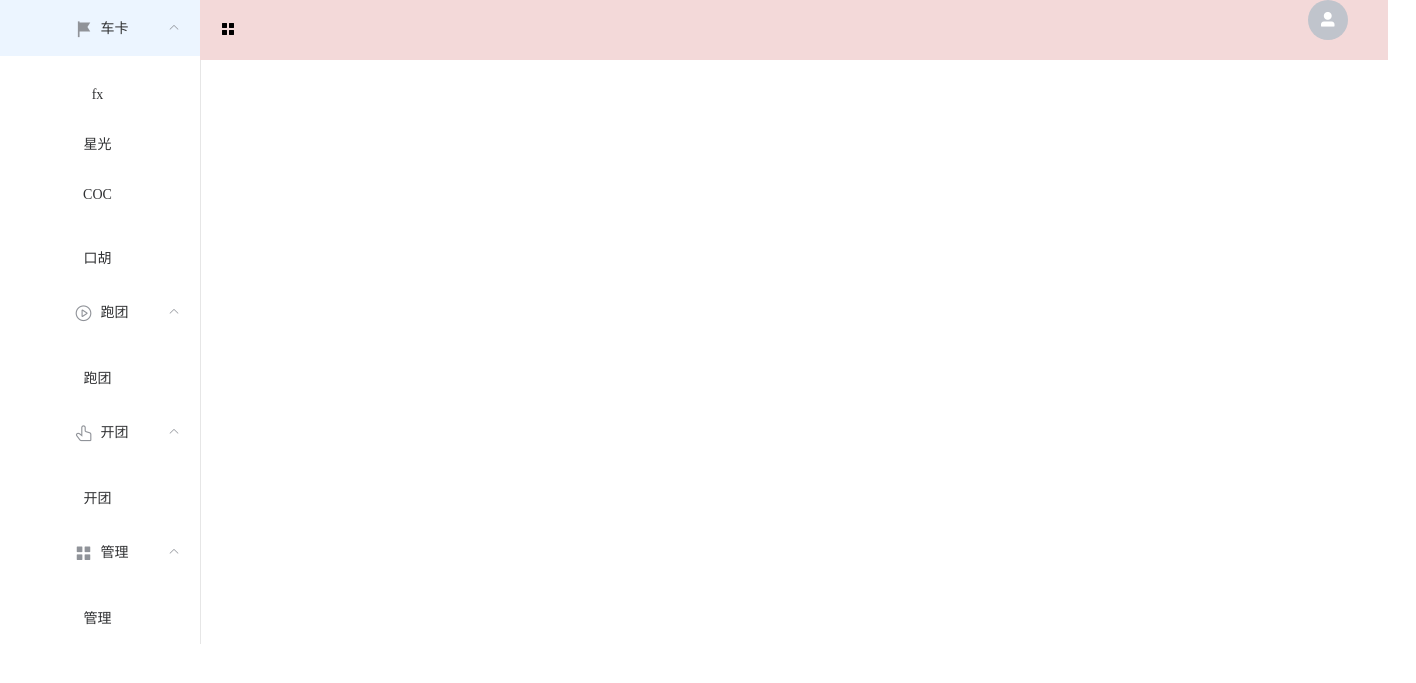
Repository: redlout/ptgkd
Page: /
An editor plug-in stored every save of this project. The page is shown before and after the next save, followed by the edit.
The browser window is 1280 px wide. The page is 1388 px wide, then 1416 px, so the pictures cover 1416 px, including what lies to the right of the window. The pictures show the whole page.
The project was rebuilt for these pictures with package versions that can differ from the ones it lists, and the page was loaded fresh each time. Also part of the build but not shown: src/mock/mock.js, src/views/Login.vue, src/components/SvgIcon/index.vue.

Above is the page before, as saved 2019-09-02 21:33:40.

### index.html
<!DOCTYPE html>
<html>
  <head>
    <meta charset="utf-8">
    <meta name="viewport" content="width=device-width,initial-scale=1.0">
    <title>ptgkd</title>
  </head>
  <body>
    <div id="app"></div>
    <!-- built files will be auto injected -->
  </body>
</html>

<style>
body{
  margin:0;
  padding:0;
}
</style>

### src/main.js
// import '@/styles/index.scss'
// import 'normalize.css/normalize.css'
import Vue from 'vue'
import App from './App'
import router from './router'

import ElementUI from 'element-ui'
import 'element-ui/lib/theme-chalk/index.css'
import api from './http/index'
import './icons'
import store from './store'

Vue.config.productionTip = false
Vue.use(ElementUI);
Vue.use(api);

// Vue.use(api)
/* eslint-disable no-new */
new Vue({
  el: '#app',
  router,
  store,
  render: h => h(App)
})

### src/router/index.js
import Vue from 'vue'
import Router from 'vue-router'
import HelloWorld from '@/views/HelloWorld'
import Login from '@/views/Login'

Vue.use(Router)

const router = new Router({
  routes: [
    {
      path: '/',
      name: 'HelloWorld',
      component: HelloWorld
    },
    {
      path: '/login',
      name: 'Login',
      component: Login
    }
  ]
})

export default router

### src/http/index.js
// 导入所有接口
import apis from './api'

const install = Vue => {
    if (install.installed)
        return;

    install.installed = true;

    Object.defineProperties(Vue.prototype, {
        // 注意，此处挂载在 Vue 原型的 $api 对象上
        $api: {
            get() {
                return apis
            }
        }
    })
}

export default install

### src/icons/index.js
import Vue from 'vue'
import SvgIcon from '@/components/SvgIcon'// svg component

// register globally
Vue.component('svg-icon', SvgIcon)

const req = require.context('./svg', false, /\.svg$/)
const requireAll = requireContext => requireContext.keys().map(requireContext)
requireAll(req)

### src/store/index.js
import Vue from 'vue'
import vuex from 'vuex'

Vue.use(vuex);
import collapse from './modules/collapse.js'
const store = new vuex.Store({
    modules: {
        collapseState: collapse,
        // menu: mymenu
        // 其他
    }
})

export default store

### src/views/HelloWorld.vue
<template>
<div class="container" >
  <el-container style="height: 100%;" direction="vertical">
    <AsideBar></AsideBar>
    <el-container>
      <HeadBar></HeadBar>
      <el-main></el-main>
    </el-container>
  </el-container>
</div>
</template>

<script>
import AsideBar from "../components/AsideBar/index";
import HeadBar from "../components/HeadBar/index";
export default {
  name: "HelloWorld",
  data() {
    return {
      isCollapse: false
    };
  },
  components: {
    AsideBar,
    HeadBar
  },
  methods: {
    logout: function() {
      var _this = this;
      this.$confirm("确认退出吗?", "提示", {
        type: "warning"
      }).then(() => {
        // sessionStorage.removeItem("user");
        this.$router.push("/login");
      });
    }
  }
};
</script>

<style scoped>
  .container {
    position:absolute;
    top: 0px;
    left: 0px;
    right: 0px;
    background: #4b5f6e;
  }
</style>

### src/http/api.js
import axios from './axios'

const login = data =>{
    return axios({
        url: '/login',
        method: 'post',
        data
    })
}

const logout = () =>{
    return axios({

    })
}

export default{
    login,
    logout
}

### src/store/modules/collapse.js
export default {
    state: {
        collapse:false  // 导航栏收缩状态
    },
    getters: {
        collapse(state){// 对应着上面state
            return collapse;
        }
    },
    mutations: {
        collapse(state){  // 改变收缩状态
            state.collapse = !state.collapse;
        }
    },
    actions: {

    }
}

### src/components/AsideBar/index.vue
<template>
  <el-aside width="initial" style="background-color: rgb(238, 241, 246) ">
    <el-menu
      :default-openeds="['1','2','3','4']"
      class="el-menu-vertical-demo"
      :collapse="$store.state.collapseState.collapse"
      @open="handleopen"
      @close="handleclose"
      @select="handleselect"
    >
      <el-submenu index="1">
        <template slot="title">
          <i class="el-icon-s-flag"></i>
          <span slot="title">车卡</span>
        </template>
        <el-menu-item-group>
          <el-menu-item index="1-1">fx</el-menu-item>
          <el-menu-item index="1-2">星光</el-menu-item>
          <el-menu-item index="1-3">COC</el-menu-item>
        </el-menu-item-group>
        <el-menu-item-group>
          <el-menu-item index="1-1">口胡</el-menu-item>
        </el-menu-item-group>
      </el-submenu>
      <el-submenu index="2">
        <template slot="title">
          <i class="el-icon-video-play"></i>
          <span slot="title">跑团</span>
        </template>
        <el-menu-item-group>
          <el-menu-item index="2-1">跑团</el-menu-item>
        </el-menu-item-group>
      </el-submenu>
      <el-submenu index="3">
        <template slot="title">
          <i class="el-icon-thumb"></i>
          <span slot="title">开团</span>
        </template>
        <el-menu-item-group>
          <el-menu-item index="3-1">开团</el-menu-item>
        </el-menu-item-group>
      </el-submenu>
      <el-submenu index="4">
        <template slot="title">
          <i class="el-icon-menu"></i>
          <span slot="title">管理</span>
        </template>
        <el-menu-item-group>
          <el-menu-item index="3-1">管理</el-menu-item>
        </el-menu-item-group>
      </el-submenu>
    </el-menu>
  </el-aside>
</template>


<script>
export default {
  name: "AsideBar",
  data() {
    return {
      isCollapse: false,
      logo: ""
    };
  },
  methods: {
    handleopen() {
      console.log("handleopen");
    },
    handleclose() {
      console.log("handleclose");
    },
    handleselect(a, b) {
      console.log("handleselect");
    }
  }
};
</script>

<style>
.el-aside {
  background-color: #d3dce6;
  color: #333;
  text-align: center;
  line-height: 10px;
  position: absolute;
}
  .el-menu-vertical-demo:not(.el-menu--collapse) {
    width: 200px;
    min-height: 400px;
  }

    .menu-bar-width {
    width: 200px;
  }
  .menu-bar-collapse-width {
    width: 65px;
  }
</style>

### src/components/HeadBar/index.vue
<template>
  <el-header :class="$store.state.collapseState.collapse?'menu-bar-collapse-width':'menu-bar-width'">
    <span @click="Oncollapse">
      <i class="el-icon-menu"></i>
    </span>

    <el-dropdown class="user-info-dropdown" trigger="hover">
      <el-avatar icon="el-icon-user-solid"></el-avatar>
      <el-dropdown-menu slot="dropdown">
        <el-dropdown-item>个人信息</el-dropdown-item>
        <el-dropdown-item>管理</el-dropdown-item>
        <el-dropdown-item divided @click="logout">登出</el-dropdown-item>
      </el-dropdown-menu>
    </el-dropdown>
  </el-header>
  <!-- <el-main></el-main> -->
</template>

<script>
export default {
  data(){
    return{
      isCollapse:false,
    };
  },
  methods:{
    Oncollapse: function(){
      this.$store.commit('collapse');
    }
  }
}
</script>

<style>
.el-header {
  position: absolute;
  background-color: rgb(243, 217, 217);
  left: 200px;
  right: 0px;
  height: 60px;
  line-height: 60px;
  width: 92.8%;
}
  .collapse-switcher {
    width: 40px;
    float: left;
    cursor: pointer;
    border-color: rgba(111, 123, 131, 0.8);
    border-left-width: 1px;
    border-left-style: solid;
    border-right-width: 1px;
    border-right-style: solid;
    color: white;
    background: #504e6180;
  }
    .menu-bar-width{
    left: 200px;
  }
    .menu-bar-collapse-width{
    left: 65px;
  }

      .user-info-dropdown {
      font-size: 20px;
      padding-right: 20px;
      color: #fff;
      cursor: pointer;
      float: right;
    }
</style>

### src/http/axios.js
import axios from 'axios';
import qs from 'qs';
import Cookies from "js-cookie";
import router from "@/router"

export default function $axios(options){
    return new Promise((resolve, reject) => {
      console.log(options)
        const instance = axios.create({
            baseURL: 'http://localhost:8080/',
            headers: {'Content-Type': 'application/json;charset=UTF-8'},
            timeout: '10000',
            transformResponse: [function (data){
            }]
        })
        // request 拦截器
        instance.interceptors.request.use(function(config){
                let token = Cookies.get('token')
                console.log(config)
                if(1){
                    config.headers.accessToken = 111
                }else{
                    //重定向到登陆页面
                    router.push('/login')
                }
                if(config.method === 'post'){
                    if(config.data.__proto__ === FormData.prototype
                        || config.url.endsWith('path')
                        || config.url.endsWith('mark')
                        || config.url.endsWith('patchs')
                        ){
                        }else{
                          config.data = qs.stringify(config.data)
                          console.log(config.data)
                        }
                    }
                    return config
                },
                function (error) {
                // 请求超时
                console.log('request:', error)
                if(error.code === 'ECONNABORTED' && error.message.indexOf('timeout') !== -1){
                    console.log('timeout 请求超时')
                }
                // 重定向到错误页面
                const errorInfo = error.response
                console.log(errorInfo)
                if(errorInfo){
                    error = errorInfo.data
                    const errorStatus = errorInfo.statue; // 404 403 500 ...
                    router.push({
                        path:  `/error/${errorStatus}`
                    })
                }
                return Promise.reject(error)
            }
        )
        console.log(11111111111111)
        instance.interceptors.response.use(function(response){
                let data;
                if(response.data == undefined){
                  data = JSON.parse(response.request.responseText)
                }else{
                    data = response.data
                }

                //根据返回的code 来进行不同的处理
                switch(data.rc){
                    case 1:
                        console.log(data.desc)
                        break;
                    case 0:
                        store.commit('changeState')
                    default:

                }
                return data
            },
            function(err){
              console.log(999999)
                if (err && err.response) {
                    switch (err.response.status) {
                      case 400:
                        err.message = '请求错误'
                        break
                      case 401:
                        err.message = '未授权，请登录'
                        break
                      case 403:
                        err.message = '拒绝访问'
                        break
                      case 404:
                        err.message = `请求地址出错: ${err.response.config.url}`
                        break
                      case 408:
                        err.message = '请求超时'
                        break
                      case 500:
                        err.message = '服务器内部错误'
                        break
                      case 501:
                        err.message = '服务未实现'
                        break
                      case 502:
                        err.message = '网关错误'
                        break
                      case 503:
                        err.message = '服务不可用'
                        break
                      case 504:
                        err.message = '网关超时'
                        break
                      case 505:
                        err.message = 'HTTP版本不受支持'
                        break
                      default:
                    }
                  }
                  console.error(err)
                  return Promise.reject(err)
            }
        )
        //请求处理
        instance(options).then(res => {
          console.log(2222222)
            resolve(res)
            return false
        }).catch(error => {
          console.log(33333)
            reject(error)
        })
        console.log(4444)
    })
}

Loaded but not shown: src/App.vue (common file)

After the next save:
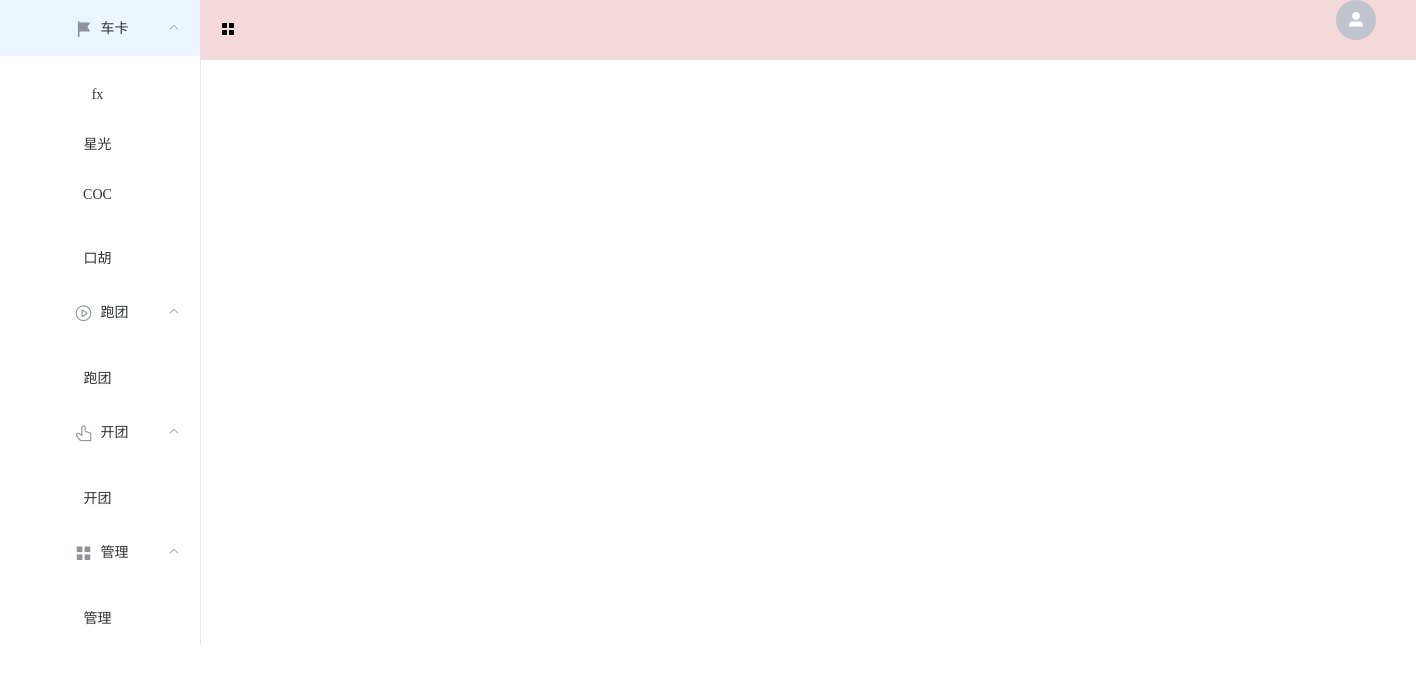
Saved 11 s later.
--- a/src/components/HeadBar/index.vue
+++ b/src/components/HeadBar/index.vue
@@ -39,7 +39,7 @@ export default {
   right: 0px;
   height: 60px;
   line-height: 60px;
-  width: 92.8%;
+  width: 95%;
 }
   .collapse-switcher {
     width: 40px;
